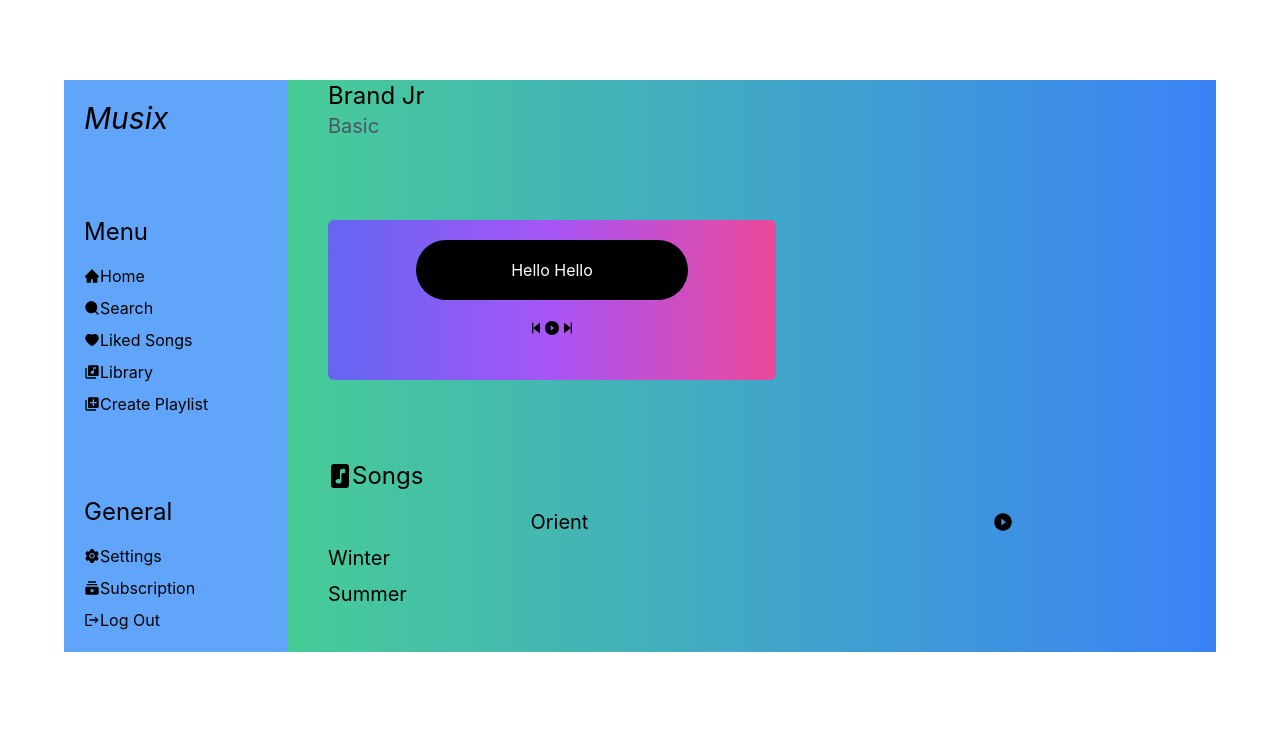
Repository: brandford7/music-player
Page: /
An editor plug-in stored every save of this project. The page is shown before and after the next save, followed by the edit.
The browser window is 1280 px wide. The pictures show the whole page.
The project was rebuilt for these pictures with package versions that can differ from the ones it lists, and the page was loaded fresh each time. The framework's server and built-in components were replaced by stand-ins that run in the browser. Also part of the build but not shown: next.config.js.

Above is the page before, as saved 2022-11-18 13:00:35.

### pages/index.js
import Head from "next/head";
import Image from "next/image";
import { MusicCard, Sidebar, SongList, UserAvatar } from "../components";

export default function Home() {
  return (
    <div className="flex mx-auto max-w-6xl my-20 space-x-10 bg-gradient-to-r from-green-400 to-blue-500">
      <Head>
        <title>Music Player</title>
        <meta name="description" content="Generated by create next app" />
        <link rel="icon" href="/favicon.ico" />
      </Head>
      <aside>
        <Sidebar />
      </aside>
      <main className="flex flex-col flex-1 space-y-20">
        <UserAvatar name="Brand Jr" subscription="Basic" />
        <MusicCard title="Hello Hello" />
        <SongList />
      </main>
    </div>
  );
}

### styles/globals.css
@tailwind base;
@tailwind components;
@tailwind utilities;



html,
body {
  padding: 0;
  margin: 0;
  font-family: -apple-system, BlinkMacSystemFont, Segoe UI, Roboto, Oxygen,
    Ubuntu, Cantarell, Fira Sans, Droid Sans, Helvetica Neue, sans-serif;
}

a {
  color: inherit;
  text-decoration: none;
}

* {
  box-sizing: border-box;
}

@media (prefers-color-scheme: dark) {
  html {
    color-scheme: dark;
  }
  body {
    color: white;
    background: black;
  }
}

### components/index.js
export { default as Sidebar } from './Sidebar';
export { default as UserAvatar } from './UserAvatar';
export { default as MusicCard } from './MusicCard';
export { default as MusicButton } from './MusicButton';
export { default as SongList } from './SongList';

### components/Sidebar.jsx
import React from "react";
import { AiFillHome, AiFillHeart, AiFillSetting } from "react-icons/ai";
import {
  MdLibraryMusic,
  MdLibraryAdd,
  MdLogout,
  MdSubscriptions,
} from "react-icons/md";
import { RiSearchFill } from "react-icons/ri";

const Sidebar = () => {
  return (
    <div className="flex flex-col space-y-20 bg-blue-400 p-5  w-56">
      <section>
        <h1 className="text-3xl italic">Musix</h1>
      </section>
      <section>
        <h2 className="mb-4 text-2xl">Menu</h2>
        <ul className="space-y-2">
          <li className="flex items-center ">
            <AiFillHome />
            Home
          </li>
          <li className="flex items-center ">
            <RiSearchFill />
            Search
          </li>
          <li className="flex items-center ">
            <AiFillHeart />
            Liked Songs
          </li>
          <li className="flex items-center ">
            <MdLibraryMusic />
            Library
          </li>
          <li className="flex items-center ">
            <MdLibraryAdd />
            Create Playlist
          </li>
        </ul>
      </section>
      <section>
        <h2 className="mb-4 text-2xl">General</h2>
        <ul className="space-y-2">
          <li className="flex items-center ">
            <AiFillSetting />
            Settings
          </li>
          <li className="flex items-center ">
            <MdSubscriptions />
            Subscription
          </li>
          <li className="flex items-center ">
            <MdLogout />
            Log Out
          </li>
        </ul>
      </section>
    </div>
  );
};

export default Sidebar;

### components/UserAvatar.jsx
import React from "react";

const UserAvatar = ({ image, name, subscription }) => {
  return (
    <div className="flex flex-col">
      <img src={image} alt="" />
      <h2 className="text-2xl">{name}</h2>
      <p className="text-gray-600 text-xl"> {subscription}</p>
    </div>
  );
};

export default UserAvatar;

### components/MusicCard.jsx
import React from "react";
import MusicButton from "./MusicButton";
import {
  AiFillPlayCircle,
  AiFillStepBackward,
  AiFillStepForward,
} from "react-icons/ai";

const MusicCard = ({ title }) => {
  return (
    <div className=" flex flex-col items-center space-y-5 p-5 max-w-md rounded-md h-40 w-4/5 bg-gradient-to-r from-indigo-500 via-purple-500 to-pink-500">
      <section className="flex items-center justify-center rounded-full h-2/4 w-2/3 bg-black text-white">
        {title}
      </section>
      <section className="flex items-center justify-center">
        <MusicButton icon={<AiFillStepBackward />} />
        <MusicButton icon={<AiFillPlayCircle />} />
        <MusicButton icon={<AiFillStepForward />} />
      </section>
    </div>
  );
};

export default MusicCard;

### components/MusicButton.jsx
import React from 'react'

const MusicButton = ({icon}) => {
  return (
      <div>{icon}</div>
  )
}

export default MusicButton

### components/SongList.jsx
import React from "react";
import { BsFillFileMusicFill } from "react-icons/bs";
import { AiFillPlayCircle } from "react-icons/ai";
import MusicButton from "./MusicButton";

const SongList = () => {
  return (
    <div>
      <h1 className="flex items-center space-x-5 text-2xl mb-4">
        <BsFillFileMusicFill />
        Songs
      </h1>
      <section>
        <ul className="flex flex-col text-xl space-y-2">
          <li className="flex items-center justify-around ">
            Orient <MusicButton icon={<AiFillPlayCircle />} />
          </li>
          <li className="flex items-center ">Winter</li>
          <li className="flex items-center  ">Summer</li>
        </ul>
      </section>
    </div>
  );
};

export default SongList;

Loaded but not shown: pages/_app.js (common file); tailwind.config.js (common file)

After the next save:
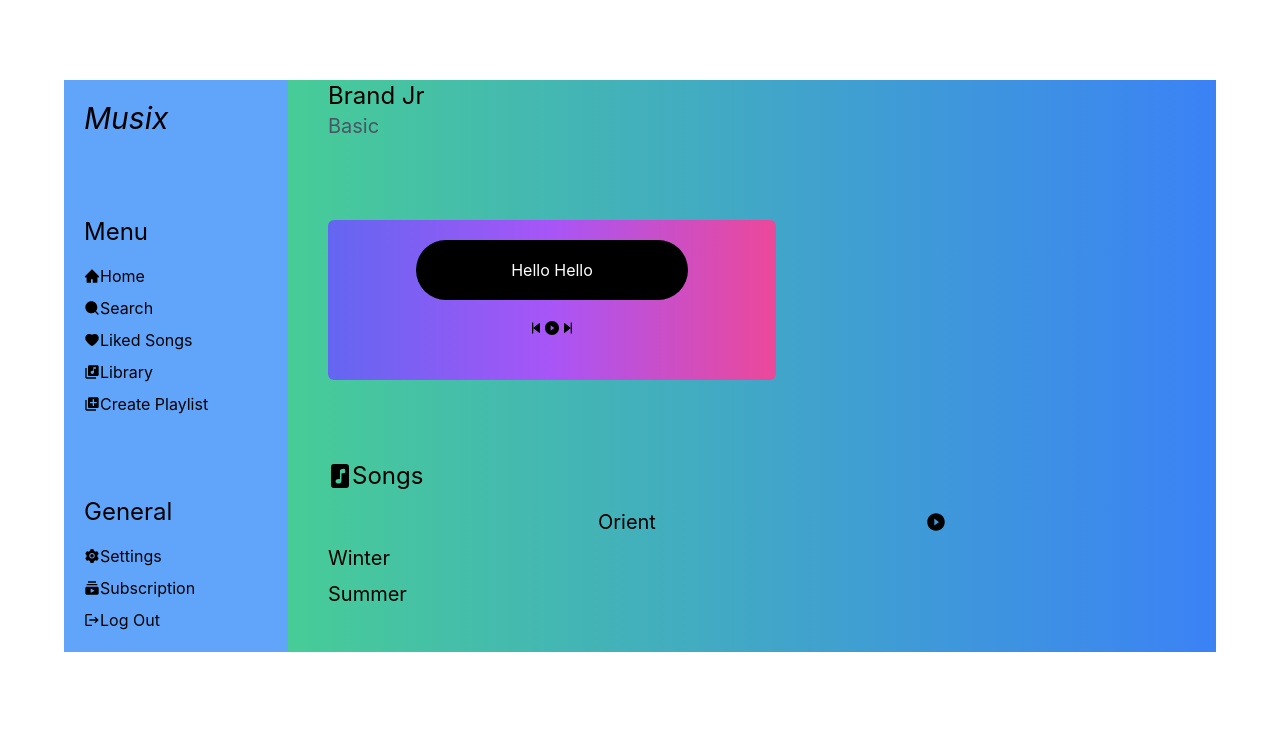
Saved 20 s later.
--- a/components/SongList.jsx
+++ b/components/SongList.jsx
@@ -12,7 +12,7 @@ const SongList = () => {
       </h1>
       <section>
         <ul className="flex flex-col text-xl space-y-2">
-          <li className="flex items-center justify-around ">
+          <li className="flex items-center justify-evenly ">
             Orient <MusicButton icon={<AiFillPlayCircle />} />
           </li>
           <li className="flex items-center ">Winter</li>
